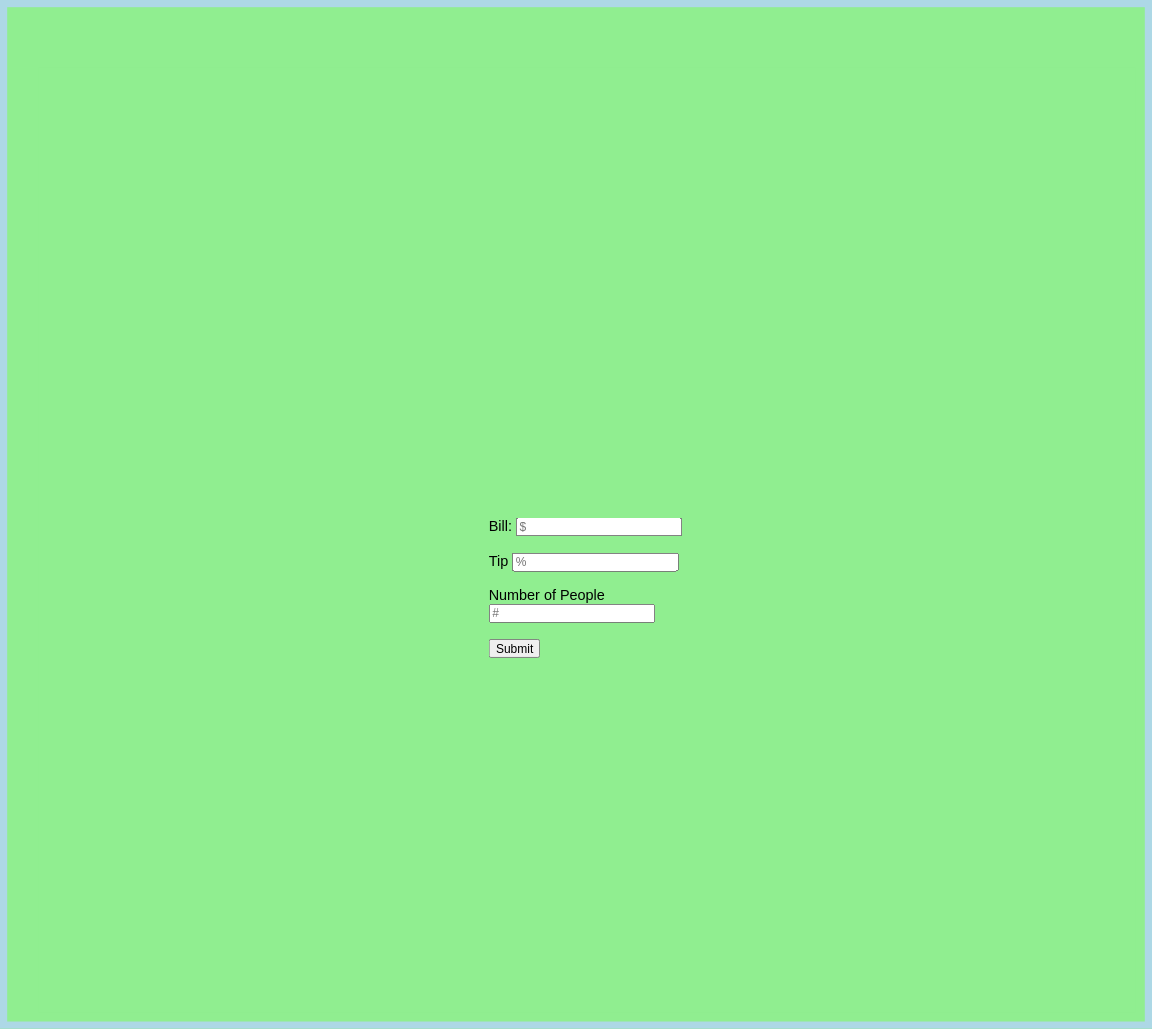
Repository: SamirIngley/Tip-Calculator
Page: tip_display.html
The author's editor kept a copy of each file at every save. The page is drawn from the files as they stood at one save, then again after the next save.
The browser window is 1280 px wide. The pictures show the whole page, at 90% of full size.

Above is the page before, as saved 2020-02-13 08:01:34.

### tip_display.html
<!DOCTYPE html>
<html lang="en">
<head>
    <meta charset="UTF-8">
    <meta name="viewport" content="width=device-width, initial-scale=1.0">
    <meta http-equiv="X-UA-Compatible" content="ie=edge">
    <link href="style.css" rel="stylesheet">
    <title>Tip Calculator</title>
</head>
<body>

    <div class="main-content">
        <div>
        <form id='form' class='form'>
            <div>
                <label>Bill:</label>
                <input id='bill' type="number" name="bill" placeholder="$">
            </div>
            <br>
            <div>
                <label>Tip</label>
                <input id='tip' type="number" name="tip" placeholder="%">
            </div>
            <br>
            <div>
                <label>Number of People</label>
                <input id='numppl' type="number" name="numppl" placeholder="#">
            </div>
            <br>
            <div>
                <input type="submit" name="submit" value="Submit">
            </div>
        </form>


        </div>

        <p id='tip-display'>
        </p>

        <p id='total-display'>
        </p>

        <p id='total-pp-display'>
        </p>

    </div>



    <script>

        const inputBill = document.getElementById('bill')
        const inputTip = document.getElementById('tip')
        const inputNumppl = document.getElementById('numppl')
        const form = document.getElementById('form')
        const displayTip = document.getElementById('tip-display')
        const displayTotal = document.getElementById('total-display')
        const displayTotalPP = document.getElementById('total-pp-display')


        function calculateTip() {

            const bill = parseInt(inputBill.value)
            const people = inputNumppl.value
            const percent = inputTip.value
            const tip = bill * percent / 100
            const total = bill + tip
            const totalPP = total / people
            console.log(bill)
            console.log(percent)
            console.log(total)
            console.log(tip)
            console.log(people)
            console.log(totalPP)

            displayTip.innerHTML = `Tip: $${tip.toFixed(2)}`
            displayTotal.innerHTML = `Total: $${total.toFixed(2)}`
            displayTotalPP.innerHTML = `Per Person: $${totalPP.toFixed(2)}`
        }



        form.addEventListener("submit", function(e) {
            e.preventDefault()
            calculateTip()
        })

        // inputBill.addEventListnener('change', function(e) {
        //     console.log(inputBill.value)
        //     const newBillAMount = parseFloat(e.target.value)

        // })

    </script>



</body>
</html>

### style.css
body {
    background-color: lightblue;
}

div.main-content {
    background-color: lightgreen;
    display: grid;
    grid-gap: 5px;
    grid-template-columns: (4, 1fr);
    grid-template-rows: (4, 1fr);
    grid-template-areas: ". . . ."
                         ". . . ."
                         ". . . ."
                         ". . . ."

}


.main-content>div {
    display: flex;
    background-color: lightgreen;
    font-family: Arial, Helvetica, sans-serif;
    margin: 10px;
    border: 10px;
    padding: 500px;
    height: 50px;
    grid-area: i;
}

After the next save:
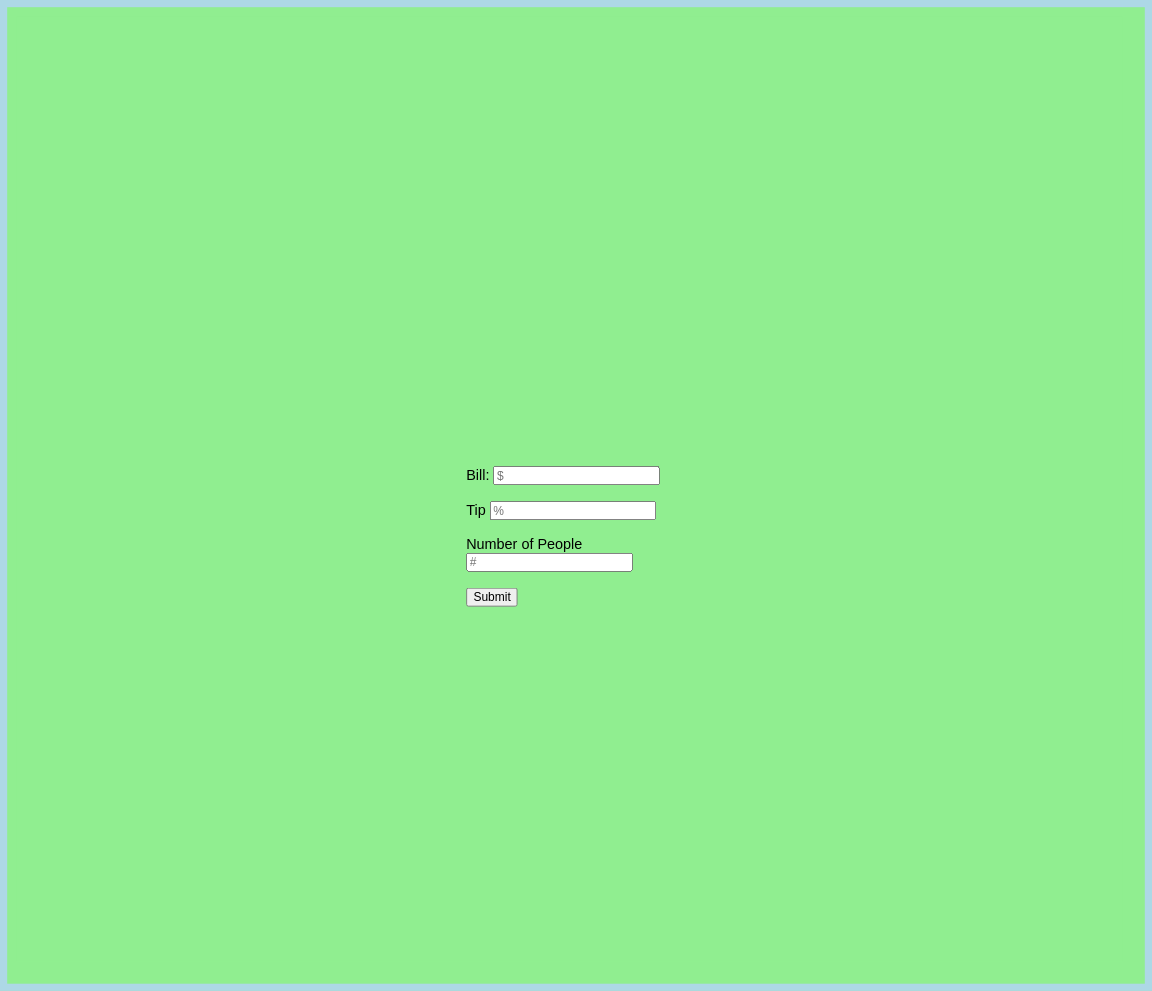
Saved 15 s later.
--- a/style.css
+++ b/style.css
@@ -24,5 +24,4 @@ div.main-content {
     border: 10px;
     padding: 500px;
     height: 50px;
-    grid-area: i;
 }
